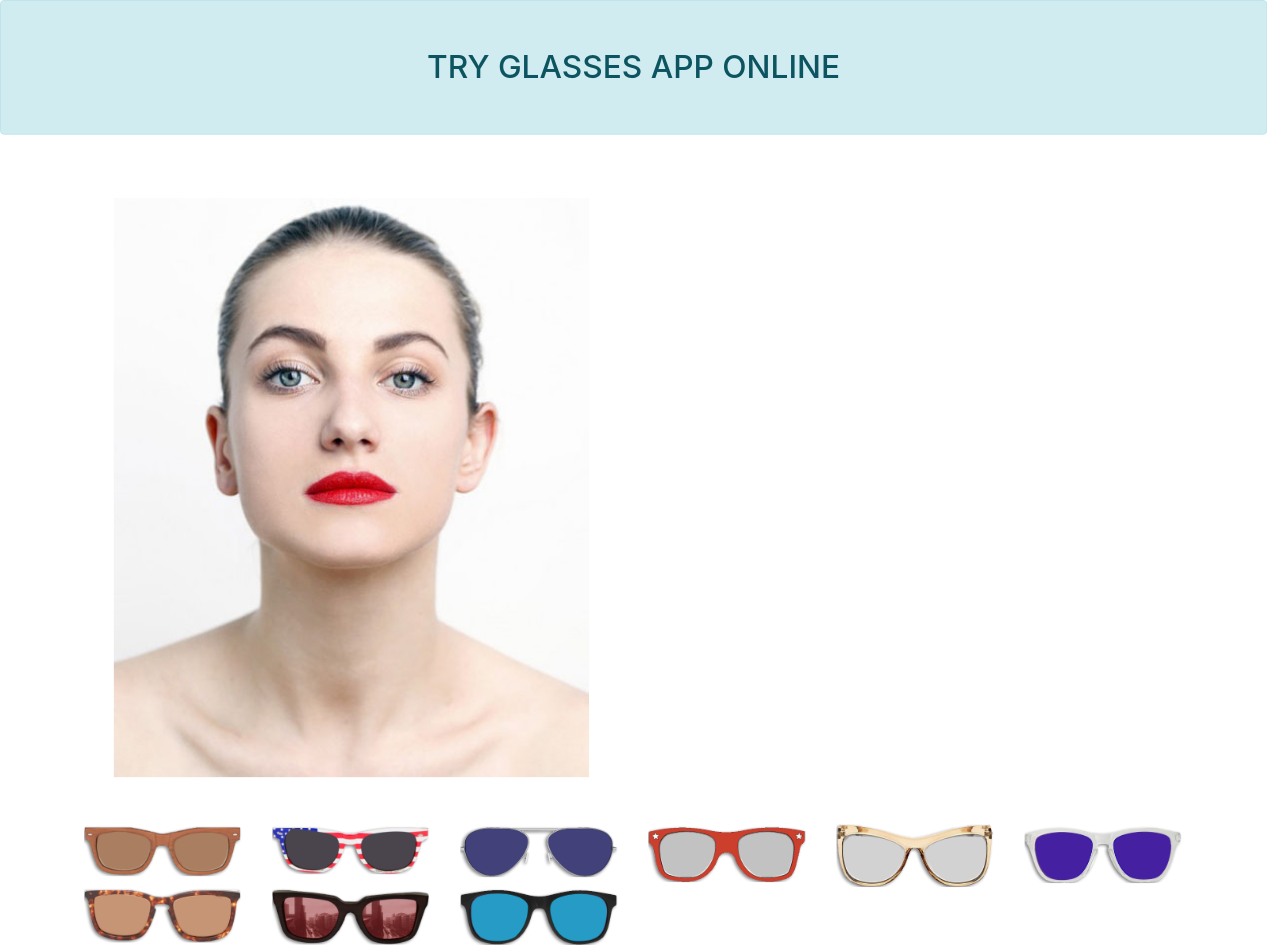
Repository: phongthanhh/ChoseGlass
Page: /
The author's editor kept a copy of each file at every save. The page is drawn from the files as they stood at one save, then again after the next save.
The browser window is 1280 px wide. The pictures show the whole page, at 99% of full size.
The project was rebuilt for these pictures with package versions that can differ from the ones it lists, and the page was loaded fresh each time.

Above is the page before, as saved 2022-12-25 16:18:09.

### public/index.html
<!DOCTYPE html>
<html lang="en">
  <head>
    <meta charset="utf-8" />
    <link rel="icon" href="%PUBLIC_URL%/favicon.ico" />
    <meta name="viewport" content="width=device-width, initial-scale=1" />
    <meta name="theme-color" content="#000000" />
    <meta
      name="description"
      content="Web site created using create-react-app"
    />

      <!-- Bootstrap CSS -->
      <link rel="stylesheet" href="https://stackpath.bootstrapcdn.com/bootstrap/4.3.1/css/bootstrap.min.css" integrity="sha384-ggOyR0iXCbMQv3Xipma34MD+dH/1fQ784/j6cY/iJTQUOhcWr7x9JvoRxT2MZw1T" crossorigin="anonymous">
    <link rel="apple-touch-icon" href="%PUBLIC_URL%/logo192.png" />
    <!--
      manifest.json provides metadata used when your web app is installed on a
      user's mobile device or desktop. See https://developers.google.com/web/fundamentals/web-app-manifest/
    -->
    <link rel="manifest" href="%PUBLIC_URL%/manifest.json" />
    <!--
      Notice the use of %PUBLIC_URL% in the tags above.
      It will be replaced with the URL of the `public` folder during the build.
      Only files inside the `public` folder can be referenced from the HTML.

      Unlike "/favicon.ico" or "favicon.ico", "%PUBLIC_URL%/favicon.ico" will
      work correctly both with client-side routing and a non-root public URL.
      Learn how to configure a non-root public URL by running `npm run build`.
    -->
    <title>React App</title>
  </head>
  <body>
    <noscript>You need to enable JavaScript to run this app.</noscript>
    <div id="root"></div>
    <!--
      This HTML file is a template.
      If you open it directly in the browser, you will see an empty page.

      You can add webfonts, meta tags, or analytics to this file.
      The build step will place the bundled scripts into the <body> tag.

      To begin the development, run `npm start` or `yarn start`.
      To create a production bundle, use `npm run build` or `yarn build`.
    -->

     <!-- Optional JavaScript -->
    <!-- jQuery first, then Popper.js, then Bootstrap JS -->
    <script src="https://code.jquery.com/jquery-3.3.1.slim.min.js" integrity="sha384-q8i/X+965DzO0rT7abK41JStQIAqVgRVzpbzo5smXKp4YfRvH+8abtTE1Pi6jizo" crossorigin="anonymous"></script>
    <script src="https://cdnjs.cloudflare.com/ajax/libs/popper.js/1.14.7/umd/popper.min.js" integrity="sha384-UO2eT0CpHqdSJQ6hJty5KVphtPhzWj9WO1clHTMGa3JDZwrnQq4sF86dIHNDz0W1" crossorigin="anonymous"></script>
    <script src="https://stackpath.bootstrapcdn.com/bootstrap/4.3.1/js/bootstrap.min.js" integrity="sha384-JjSmVgyd0p3pXB1rRibZUAYoIIy6OrQ6VrjIEaFf/nJGzIxFDsf4x0xIM+B07jRM" crossorigin="anonymous"></script>
  </body>
</html>

### src/App.js
import logo from './logo.svg';
import './App.css';
import BTGlass from './ChoseGlass/BTGlass';




function App() {
  return (
    <div className="App">
      <BTGlass />
    </div>
  );
}

export default App;

### src/ChoseGlass/BTGlass.jsx
import React, { Component } from 'react';
import GlassList from './GlassList';

class BTGlass extends Component {

    listGlass = [
        {
            "id": 1,
            "price": 30,
            "name": "GUCCI G8850U",
            "url": "./img/v1.png",
            "desc": "Light pink square lenses define these sunglasses, ending with amother of pearl effect tip. "
        },
        {
            "id": 2,
            "price": 50,
            "name": "GUCCI G8759H",
            "url": "./img/v2.png",
            "desc": "Light pink square lenses define these sunglasses, ending with amother of pearl effect tip. "
        },
        {
            "id": 3,
            "price": 30,
            "name": "DIOR D6700HQ",
            "url": "./img/v3.png",
            "desc": "Light pink square lenses define these sunglasses, ending with amother of pearl effect tip. "
        },
        {
            "id": 4,
            "price": 70,
            "name": "DIOR D6005U",
            "url": "./img/v4.png",
            "desc": "Light pink square lenses define these sunglasses, ending with amother of pearl effect tip. "
        },
        {
            "id": 5,
            "price": 40,
            "name": "PRADA P8750",
            "url": "./img/v5.png",
            "desc": "Light pink square lenses define these sunglasses, ending with amother of pearl effect tip. "
        },
        {
            "id": 6,
            "price": 60,
            "name": "PRADA P9700",
            "url": "./img/v6.png",
            "desc": "Light pink square lenses define these sunglasses, ending with amother of pearl effect tip. "
        },
        {
            "id": 7,
            "price": 80,
            "name": "FENDI F8750",
            "url": "./img/v7.png",
            "desc": "Light pink square lenses define these sunglasses, ending with amother of pearl effect tip. "
        },
        {
            "id": 8,
            "price": 100,
            "name": "FENDI F8500",
            "url": "./img/v8.png",
            "desc": "Light pink square lenses define these sunglasses, ending with amother of pearl effect tip. "
        },
        {
            "id": 9,
            "price": 60,
            "name": "FENDI F4300",
            "url": "./img/v9.png",
            "desc": "Light pink square lenses define these sunglasses, ending with amother of pearl effect tip. "
        }
    ]

    state = {
        "id": 1,
        "price": 30,
        "name": "GUCCI G8850U",
        "url": "./img/v1.png",
        "desc": "Light pink square lenses define these sunglasses, ending with amother of pearl effect tip. "
    }

    render() {
        return (
            <div>
                <section className='main'>
                    <h2 className='alert alert-info py-5'>TRY GLASSES APP ONLINE</h2>
                    <div className="item container">
                        <div className="row py-5">
                            <div className="col-6">
                                <img src="./img/model.jpg" alt="" />
                            </div>
                        </div>
                        <GlassList listGlass={this.listGlass} />
                    </div>
                </section>
            </div>
        );
    }
}

export default BTGlass;

### src/ChoseGlass/GlassList.jsx
import React, { Component } from 'react'

export default class GlassList extends Component {


    renderListGlass = () => {
        return this.props.listGlass.map(glass => {
            return (
                <div className="col-2">
                    <img style={{ width: '100%' }} src={glass.url} alt="" />
                </div>
            )
        })
    }

    render() {
        return (
            <div className="row">
                {this.renderListGlass()}
            </div>
        )
    }
}

Loaded but not shown: src/index.js (common file); src/index.css (common file); src/reportWebVitals.js (common file); src/App.css (common file)

After the next save:
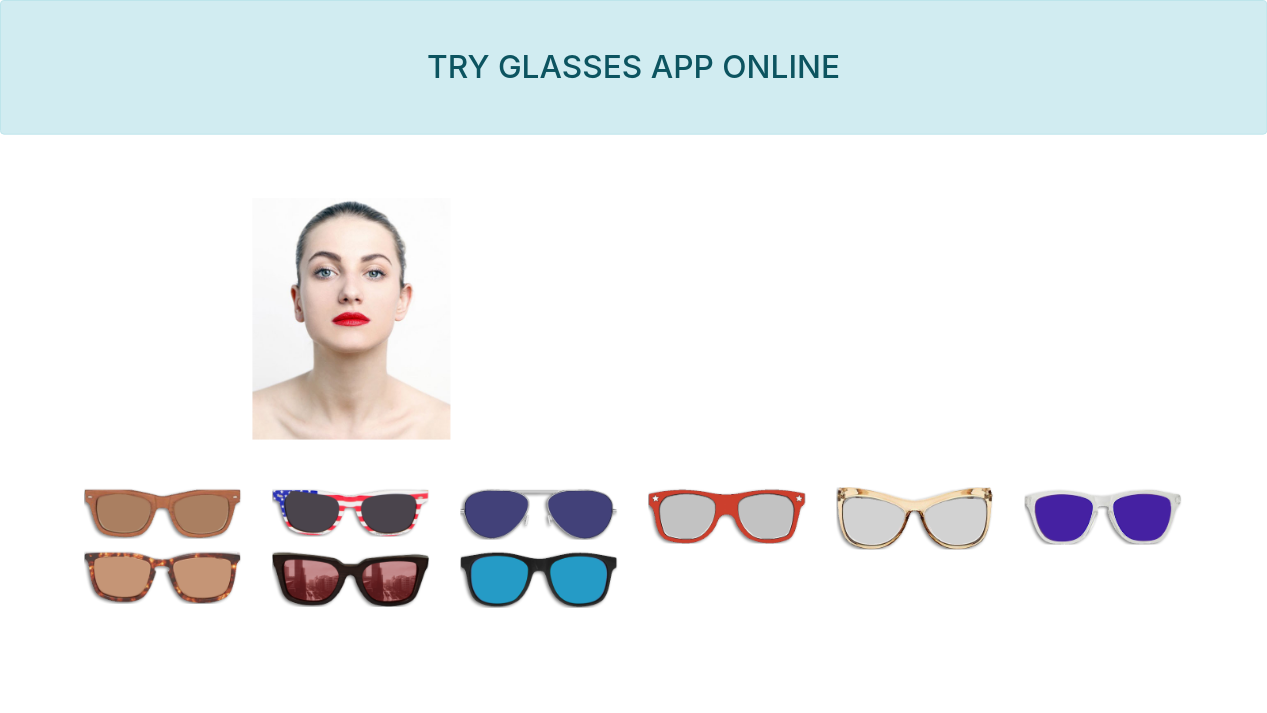
Saved 24 s later.
--- a/src/ChoseGlass/BTGlass.jsx
+++ b/src/ChoseGlass/BTGlass.jsx
@@ -85,7 +85,7 @@
                     <div className="item container">
                         <div className="row py-5">
                             <div className="col-6">
-                                <img src="./img/model.jpg" alt="" />
+                                <img style={{ width: '200px' }} src="./img/model.jpg" alt="" />
                             </div>
                         </div>
                         <GlassList listGlass={this.listGlass} />
